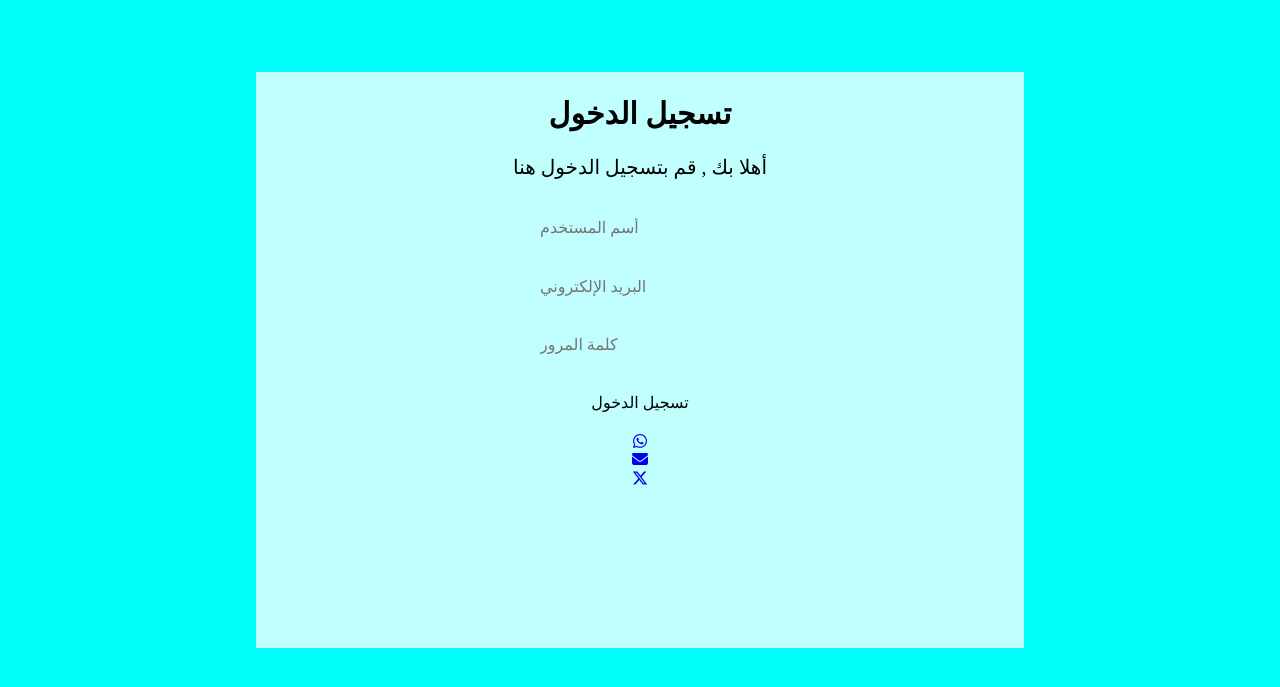
Repository: FaisalFahed/login-page
Page: html/صفحة تسجيل دخول.html
These files come from the project's save history. The page is drawn as it stood at one moment and after a run of saves; the edit follows.
The browser window is 1280 px wide. The pictures show the whole page.
Some web fonts or font styles are not loaded; a fallback is used.

Above is the page before, as saved 2025-04-01 08:22:45.

### html/صفحة تسجيل دخول.html
<!DOCTYPE html>
<html lang="en">
<head>
    <meta charset="UTF-8">
    <meta name="viewport" content="width=device-width, initial-scale=1.0">
    <link rel="stylesheet" href="css/normlaize.css">
    <link rel="stylesheet" href="../css/صفحة تسجيل دخول.css">
    <!-- Font Awesome -->
    <link rel="stylesheet" href="../css/all.min.css">
    <!-- Google Fonts -->
    <link rel="preconnect" href="https://fonts.googleapis.com">
    <link rel="preconnect" href="https://fonts.gstatic.com" crossorigin>
    <link href="https://fonts.googleapis.com/css2?family=Markazi+Text:wght@400..700&display=swap" rel="stylesheet">
    <title>Faisal | صفحة تسجيل دخول</title>
</head>
    <body>
        <div class="container">
            <div class="text">
                <h2>تسجيل الدخول</h2>
                <p>أهلا بك , قم بتسجيل الدخول هنا</p>
            </div>
            <div class="log-in">
                <input type="text" placeholder="أسم المستخدم">
                <input type="email" placeholder="البريد الإلكتروني">
                <input type="password" placeholder="كلمة المرور">
                <input type="submit" value="تسجيل الدخول">
            </div>
            <div class="icons">
                <ul>
                    <li><a href="#"><i class="fa-brands fa-whatsapp"></i></a></li>
                    <li><a href="#"><i class="fa-solid fa-envelope"></i></a></li>
                    <li><a href="#"><i class="fa-brands fa-x-twitter"></i></a></li>
                </ul>
            </div>
        </div>
    </body>
</html>

### css/normlaize.css
/*! normalize.css v8.0.1 | MIT License | github.com/necolas/normalize.css */

/* Document
   ========================================================================== */

/**
 * 1. Correct the line height in all browsers.
 * 2. Prevent adjustments of font size after orientation changes in iOS.
 */

 html {
  line-height: 1.15; /* 1 */
  -webkit-text-size-adjust: 100%; /* 2 */
}

/* Sections
   ========================================================================== */

/**
 * Remove the margin in all browsers.
 */

body {
  margin: 0;
}

/**
 * Render the `main` element consistently in IE.
 */

main {
  display: block;
}

/**
 * Correct the font size and margin on `h1` elements within `section` and
 * `article` contexts in Chrome, Firefox, and Safari.
 */

h1 {
  font-size: 2em;
  margin: 0.67em 0;
}

/* Grouping content
   ========================================================================== */

/**
 * 1. Add the correct box sizing in Firefox.
 * 2. Show the overflow in Edge and IE.
 */

hr {
  box-sizing: content-box; /* 1 */
  height: 0; /* 1 */
  overflow: visible; /* 2 */
}

/**
 * 1. Correct the inheritance and scaling of font size in all browsers.
 * 2. Correct the odd `em` font sizing in all browsers.
 */

pre {
  font-family: monospace, monospace; /* 1 */
  font-size: 1em; /* 2 */
}

/* Text-level semantics
   ========================================================================== */

/**
 * Remove the gray background on active links in IE 10.
 */

a {
  background-color: transparent;
}

/**
 * 1. Remove the bottom border in Chrome 57-
 * 2. Add the correct text decoration in Chrome, Edge, IE, Opera, and Safari.
 */

abbr[title] {
  border-bottom: none; /* 1 */
  text-decoration: underline; /* 2 */
  text-decoration: underline dotted; /* 2 */
}

/**
 * Add the correct font weight in Chrome, Edge, and Safari.
 */

b,
strong {
  font-weight: bolder;
}

/**
 * 1. Correct the inheritance and scaling of font size in all browsers.
 * 2. Correct the odd `em` font sizing in all browsers.
 */

code,
kbd,
samp {
  font-family: monospace, monospace; /* 1 */
  font-size: 1em; /* 2 */
}

/**
 * Add the correct font size in all browsers.
 */

small {
  font-size: 80%;
}

/**
 * Prevent `sub` and `sup` elements from affecting the line height in
 * all browsers.
 */

sub,
sup {
  font-size: 75%;
  line-height: 0;
  position: relative;
  vertical-align: baseline;
}

sub {
  bottom: -0.25em;
}

sup {
  top: -0.5em;
}

/* Embedded content
   ========================================================================== */

/**
 * Remove the border on images inside links in IE 10.
 */

img {
  border-style: none;
}

/* Forms
   ========================================================================== */

/**
 * 1. Change the font styles in all browsers.
 * 2. Remove the margin in Firefox and Safari.
 */

button,
input,
optgroup,
select,
textarea {
  font-family: inherit; /* 1 */
  font-size: 100%; /* 1 */
  line-height: 1.15; /* 1 */
  margin: 0; /* 2 */
}

/**
 * Show the overflow in IE.
 * 1. Show the overflow in Edge.
 */

button,
input { /* 1 */
  overflow: visible;
}

/**
 * Remove the inheritance of text transform in Edge, Firefox, and IE.
 * 1. Remove the inheritance of text transform in Firefox.
 */

button,
select { /* 1 */
  text-transform: none;
}

/**
 * Correct the inability to style clickable types in iOS and Safari.
 */

button,
[type="button"],
[type="reset"],
[type="submit"] {
  -webkit-appearance: button;
}

/**
 * Remove the inner border and padding in Firefox.
 */

button::-moz-focus-inner,
[type="button"]::-moz-focus-inner,
[type="reset"]::-moz-focus-inner,
[type="submit"]::-moz-focus-inner {
  border-style: none;
  padding: 0;
}

/**
 * Restore the focus styles unset by the previous rule.
 */

button:-moz-focusring,
[type="button"]:-moz-focusring,
[type="reset"]:-moz-focusring,
[type="submit"]:-moz-focusring {
  outline: 1px dotted ButtonText;
}

/**
 * Correct the padding in Firefox.
 */

fieldset {
  padding: 0.35em 0.75em 0.625em;
}

/**
 * 1. Correct the text wrapping in Edge and IE.
 * 2. Correct the color inheritance from `fieldset` elements in IE.
 * 3. Remove the padding so developers are not caught out when they zero out
 *    `fieldset` elements in all browsers.
 */

legend {
  box-sizing: border-box; /* 1 */
  color: inherit; /* 2 */
  display: table; /* 1 */
  max-width: 100%; /* 1 */
  padding: 0; /* 3 */
  white-space: normal; /* 1 */
}

/**
 * Add the correct vertical alignment in Chrome, Firefox, and Opera.
 */

progress {
  vertical-align: baseline;
}

/**
 * Remove the default vertical scrollbar in IE 10+.
 */

textarea {
  overflow: auto;
}

/**
 * 1. Add the correct box sizing in IE 10.
 * 2. Remove the padding in IE 10.
 */

[type="checkbox"],
[type="radio"] {
  box-sizing: border-box; /* 1 */
  padding: 0; /* 2 */
}

/**
 * Correct the cursor style of increment and decrement buttons in Chrome.
 */

[type="number"]::-webkit-inner-spin-button,
[type="number"]::-webkit-outer-spin-button {
  height: auto;
}

/**
 * 1. Correct the odd appearance in Chrome and Safari.
 * 2. Correct the outline style in Safari.
 */

[type="search"] {
  -webkit-appearance: textfield; /* 1 */
  outline-offset: -2px; /* 2 */
}

/**
 * Remove the inner padding in Chrome and Safari on macOS.
 */

[type="search"]::-webkit-search-decoration {
  -webkit-appearance: none;
}

/**
 * 1. Correct the inability to style clickable types in iOS and Safari.
 * 2. Change font properties to `inherit` in Safari.
 */

::-webkit-file-upload-button {
  -webkit-appearance: button; /* 1 */
  font: inherit; /* 2 */
}

/* Interactive
   ========================================================================== */

/*
 * Add the correct display in Edge, IE 10+, and Firefox.
 */

details {
  display: block;
}

/*
 * Add the correct display in all browsers.
 */

summary {
  display: list-item;
}

/* Misc
   ========================================================================== */

/**
 * Add the correct display in IE 10+.
 */

template {
  display: none;
}

/**
 * Add the correct display in IE 10.
 */

[hidden] {
  display: none;
}

### css/صفحة تسجيل دخول.css
*{
    box-sizing: border-box;
}

:root{
    --main-color: #ff1f1fd6;
    --main-color-alt: #1787E0;
    --main-transition-duration: 0.3s;
    --main-padding-top: 100px;
    --main-padding-bottom: 100px;
    --section-background: #ECECEC;
}

html{
    scroll-behavior: smooth;
}

body{
    font-family: "Markazi Text", serif;
    background-color: #00fffb;
    display: flex;
    width: 100vw;
    height: 100vh;
    justify-content: center;
    align-items: center;
}

a{
    text-decoration: none;
}

ul{
    list-style: none;
    padding: 0;
    margin: 0;
}

.container{
    padding-left: 15px;
    padding-right: 15px;
    margin-left: auto;
    margin-right: auto;
    background-color: rgba(255, 255, 255, 0.753);
    height: 80vh;
    width: 60vw;
    text-align: center;
}

.text{
    font-size: 20px;
}
.log-in{
    display: flex;
    flex-direction: column;
    align-items: center;
    justify-content: center;
}
.log-in input{
    border: none;
    outline: none;
    padding: 5px 10px;
    margin: 15px 0;
    background-color: transparent;
    position: relative;
    border: ;
}
.log-in input::before{
    font-family: "Font Awesome 5 Free";
    content: "\f104";
    font-weight: 900;
    font-size: 25px;
    position: absolute;
    transform: translateY(25%);
}


/* @media (min-width:768px){
    .container{
        width: 750px;
    }
}

@media (min-width:992px){
    .container{
        width: 970px;
    }
}

@media (min-width:1200px){
    .container{
        width: 1170px;
    }
} */

Loaded but not shown: css/all.min.css (library)

After the next 2 saves:
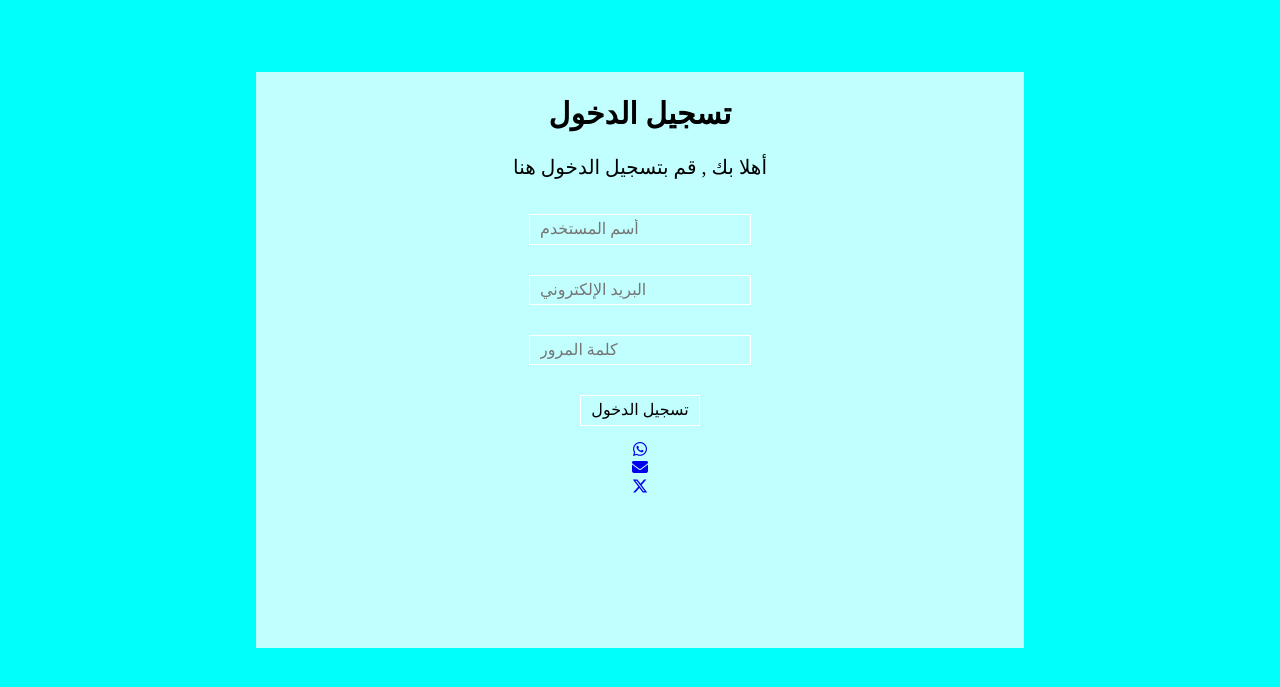
The 2 saves are shown as one change because they came seconds apart.
The last was saved 8 s later.
--- a/css/صفحة تسجيل دخول.css
+++ b/css/صفحة تسجيل دخول.css
@@ -62,7 +62,8 @@ ul{
     margin: 15px 0;
     background-color: transparent;
     position: relative;
-    border: ;
+    border: 1px solid white;
+    border-radius: ;
 }
 .log-in input::before{
     font-family: "Font Awesome 5 Free";
